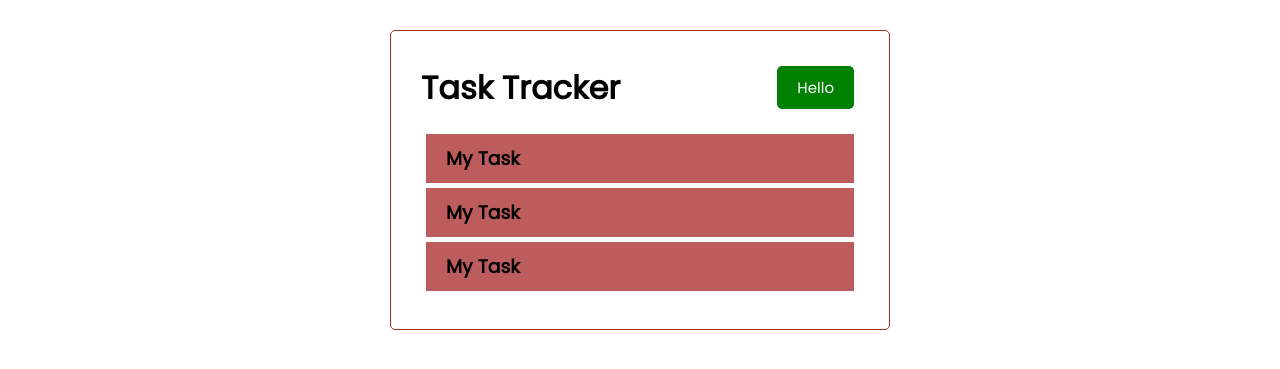
Repository: NIMRAH97/React-Strap-Test
Page: /
An editor plug-in stored every save of this project. The page is shown before and after the next save, followed by the edit.
The browser window is 1280 px wide. The pictures show the whole page.
The project was rebuilt for these pictures with package versions that can differ from the ones it lists, and the page was loaded fresh each time.

Above is the page before, as saved 2021-05-22 16:24:54.

After the next save:
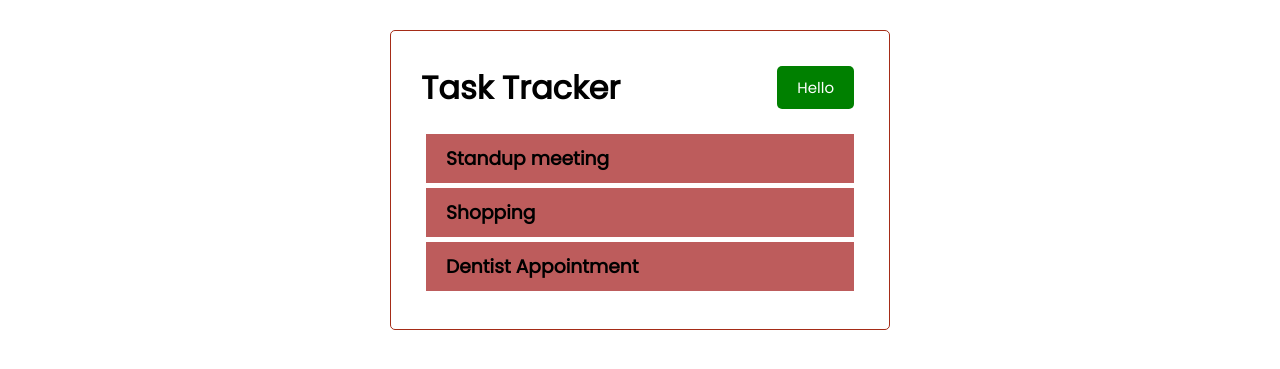
Saved 31 s later.
--- a/src/components/Task.js
+++ b/src/components/Task.js
@@ -1,8 +1,8 @@
 
-const Task = () => {
+const Task = ({ task }) => {
     return (
         <div className='task'>
-            <h3>My Task</h3>
+            <h3>{task.text}</h3>
 
         </div>
     )
